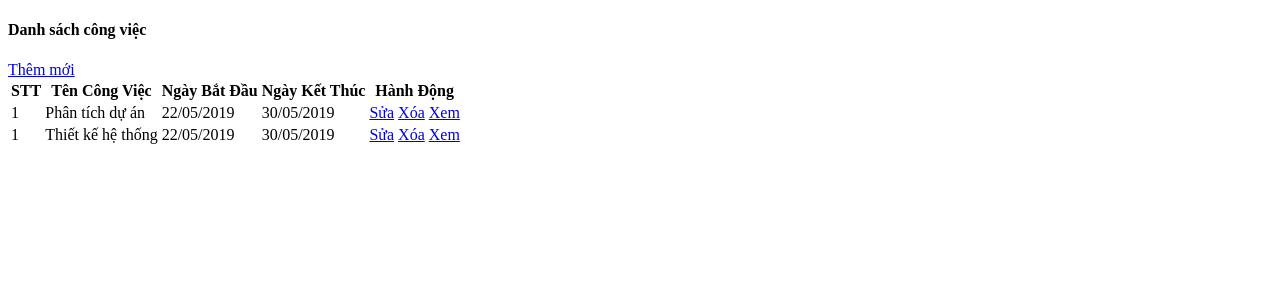
Repository: mindland/CrmApp
Page: http://localhost/CrmApp/WEB-INF/views/job/index.jsp
The author's editor kept a copy of each file at every save. The page is drawn from the files as they stood at one save, then again after the next save.
The browser window is 1280 px wide. The pictures show the whole page.
The page is served by Tomcat 9. Nobody is signed in. The template is opened directly, without the code that normally fills it, so the values that code supplies are empty.

Above is the page before, as saved 2020-09-11 19:51:40.

After the next save:
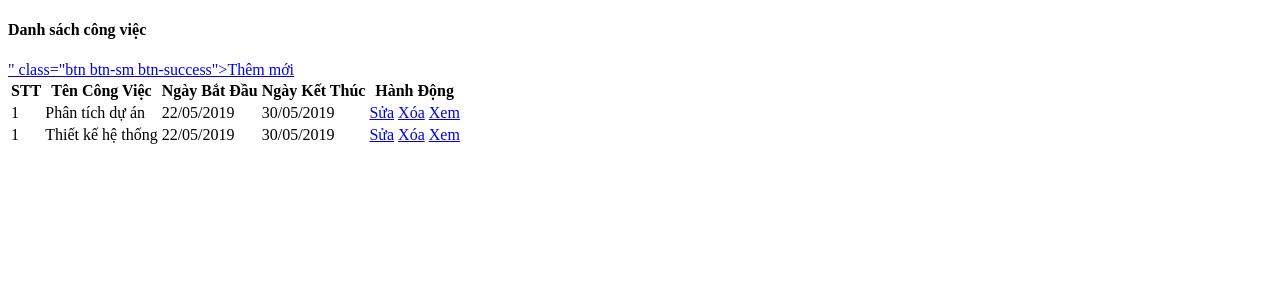
Saved 25 s later.
--- a/CrmApp/WebContent/WEB-INF/views/job/index.jsp
+++ b/CrmApp/WebContent/WEB-INF/views/job/index.jsp
@@ -12,7 +12,7 @@
 			<h4 class="page-title">Danh sách công việc</h4>
 		</div>
 		<div class="col-lg-9 col-sm-8 col-md-8 col-xs-12 text-right">
-			<a href="groupwork-add.html" class="btn btn-sm btn-success">Thêm
+			<a href="<c:url value="/job/add"/>" class="btn btn-sm btn-success">Thêm
 				mới</a>
 		</div>
 		<!-- /.col-lg-12 -->

After the 3 saves that followed:
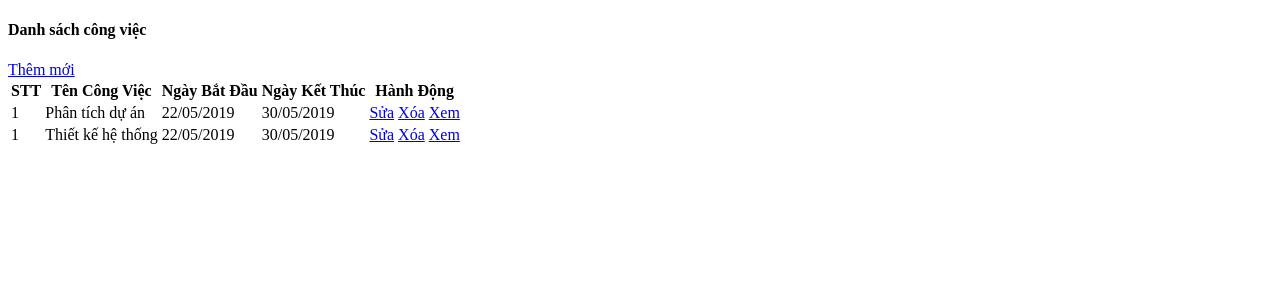
The 3 saves are shown as one change because 1 left the picture as it was and some came seconds apart.
The last was saved 92 s later.
--- a/CrmApp/WebContent/WEB-INF/views/job/index.jsp
+++ b/CrmApp/WebContent/WEB-INF/views/job/index.jsp
@@ -1,5 +1,6 @@
 <%@ page language="java" contentType="text/html; charset=UTF-8"
 	pageEncoding="UTF-8"%>
+<%@ taglib prefix = "c" uri = "http://java.sun.com/jsp/jstl/core" %>
 <!DOCTYPE html>
 <html>
 <head>
@@ -12,7 +13,7 @@
 			<h4 class="page-title">Danh sách công việc</h4>
 		</div>
 		<div class="col-lg-9 col-sm-8 col-md-8 col-xs-12 text-right">
-			<a href="<c:url value="/job/add"/>" class="btn btn-sm btn-success">Thêm
+			<a href="<c:url value="/job/add" />" class="btn btn-sm btn-success">Thêm
 				mới</a>
 		</div>
 		<!-- /.col-lg-12 -->
